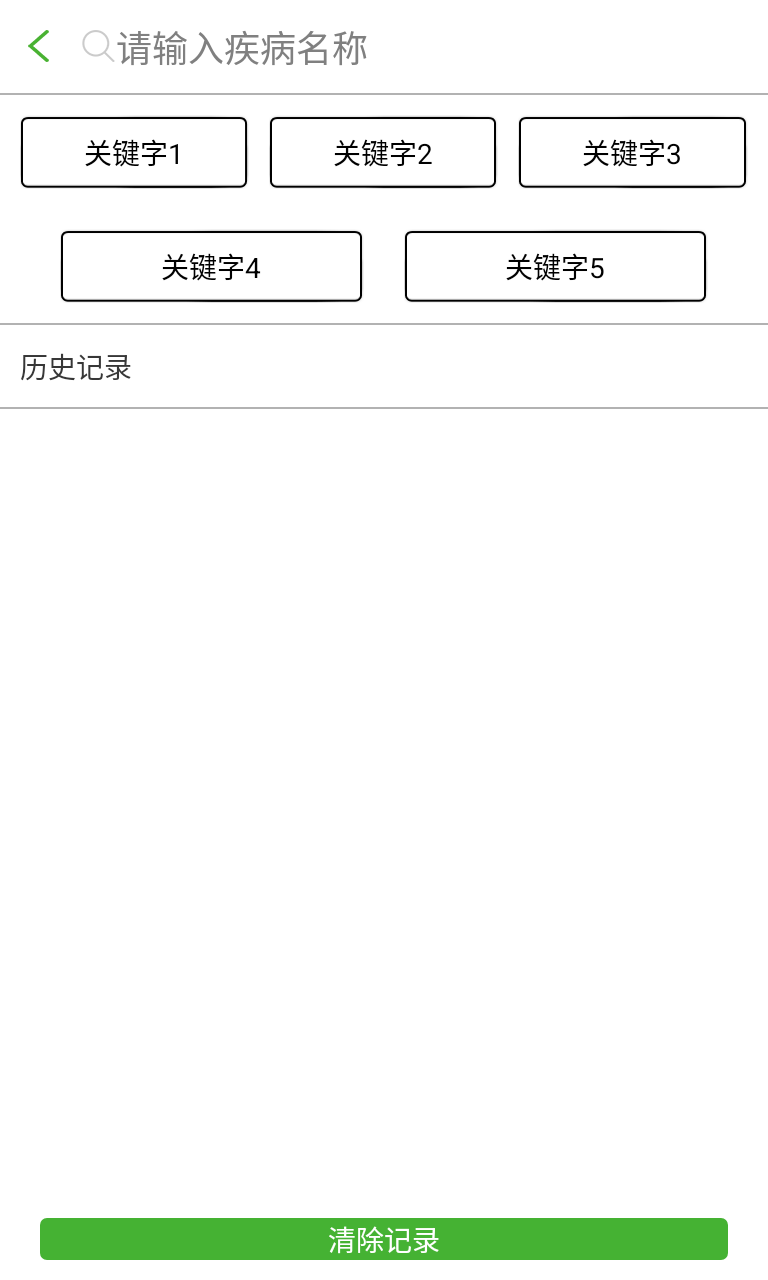
Repository: hjhlove110/XYApp
Layout: XYApp/res/layout/serache_view.xml
These files come from the project's save history. The layout is drawn as it stood at one moment and after the next save; the edit follows.
It is drawn on a 768 x 1280 px phone screen (xhdpi) without system bars, with theme Translucent; the app's code is not run. Lists and similar views that code fills are empty.

Above is the layout before, as saved 2015-09-23 06:01:10.

### XYApp/res/layout/serache_view.xml
<LinearLayout xmlns:android="http://schemas.android.com/apk/res/android"
    android:layout_width="fill_parent"
    android:layout_height="fill_parent"
    android:background="#ffffff"
    android:orientation="vertical" >

    <LinearLayout
        android:layout_width="match_parent"
        android:layout_height="wrap_content"
        android:layout_margin="10dp"
        android:gravity="left|center_vertical"
        android:orientation="horizontal" >

        <ImageButton
            android:id="@+id/btnBack"
            android:layout_width="wrap_content"
            android:layout_height="wrap_content"
            android:background="@drawable/btn_back_selector" />

        <EditText
            android:id="@+id/s_msg"
            android:layout_width="0dp"
            android:layout_height="wrap_content"
            android:layout_weight="1"
            android:background="#ffffff"
            android:drawableLeft="@drawable/serach1"
            android:gravity="center_vertical|left"
            android:hint="请输入疾病名称"
            android:paddingLeft="10dp"
            android:paddingRight="10dp"
            android:textColor="#49b233" />
    </LinearLayout>

    <View
        android:layout_width="match_parent"
        android:layout_height="1dp"
        android:background="#b2b2b2" />

    <LinearLayout
        android:layout_width="match_parent"
        android:layout_height="wrap_content"
        android:layout_margin="10dp"
        android:orientation="horizontal" >

        <Button
            android:id="@+id/btnMsg1"
            android:layout_width="0dp"
            android:layout_height="wrap_content"
            android:layout_weight="1"
            android:background="@drawable/edittext_back"
            android:paddingBottom="8dp"
            android:paddingTop="8dp"
            android:text="关键字1" />

        <Button
            android:id="@+id/btnMsg2"
            android:layout_width="0dp"
            android:layout_height="wrap_content"
            android:layout_marginLeft="10dp"
            android:layout_marginRight="10dp"
            android:layout_weight="1"
            android:background="@drawable/edittext_back"
            android:paddingBottom="8dp"
            android:paddingTop="8dp"
            android:text="关键字2" />

        <Button
            android:id="@+id/btnMsg3"
            android:layout_width="0dp"
            android:layout_height="wrap_content"
            android:layout_weight="1"
            android:background="@drawable/edittext_back"
            android:paddingBottom="8dp"
            android:paddingTop="8dp"
            android:text="关键字3" />
    </LinearLayout>

    <LinearLayout
        android:layout_width="match_parent"
        android:layout_height="wrap_content"
        android:layout_margin="10dp"
        android:orientation="horizontal" >

        <Button
            android:id="@+id/btnMsg4"
            android:layout_width="0dp"
            android:layout_height="wrap_content"
            android:layout_marginLeft="20dp"
            android:layout_weight="1"
            android:background="@drawable/edittext_back"
            android:paddingBottom="8dp"
            android:paddingTop="8dp"
            android:text="关键字4" />

        <Button
            android:id="@+id/btnMsg5"
            android:layout_width="0dp"
            android:layout_height="wrap_content"
            android:layout_marginLeft="20dp"
            android:layout_marginRight="20dp"
            android:layout_weight="1"
            android:background="@drawable/edittext_back"
            android:paddingBottom="8dp"
            android:paddingTop="8dp"
            android:text="关键字5" />
    </LinearLayout>

    <View
        android:layout_width="match_parent"
        android:layout_height="1dp"
        android:background="#b2b2b2" />

    <TextView
        android:layout_width="match_parent"
        android:layout_height="wrap_content"
        android:gravity="center_vertical"
        android:padding="10dp"
        android:text="历史记录"
        android:textColor="#373737" />

    <View
        android:layout_width="match_parent"
        android:layout_height="1dp"
        android:background="#b2b2b2" />

    <ListView
        android:id="@+id/listView"
        android:layout_width="match_parent"
        android:layout_height="wrap_content" >
    </ListView>

    <View
        android:layout_width="1dp"
        android:layout_height="0dp"
        android:layout_weight="1"
        android:visibility="invisible"
        android:background="#b2b2b2" />

    <Button
        android:id="@+id/btnClearn"
        android:layout_width="match_parent"
        android:layout_height="wrap_content"
        android:layout_marginLeft="20dp"
        android:layout_marginRight="20dp"
        android:layout_marginBottom="10dp"
        android:background="@drawable/btn_bg_shape"
        android:text="清除记录"
        android:textColor="#ffffff" />

</LinearLayout>

### XYApp/res/values/styles.xml
<resources>

    <!--
        Base application theme, dependent on API level. This theme is replaced
        by AppBaseTheme from res/values-vXX/styles.xml on newer devices.



    -->
    <style name="AppBaseTheme" parent="Theme.AppCompat.Light">
        <!--
            Theme customizations available in newer API levels can go in
            res/values-vXX/styles.xml, while customizations related to
            backward-compatibility can go here.



        -->
    </style>

    <!-- Application theme. -->
    <style name="AppTheme" parent="AppBaseTheme">

        <!-- All customizations that are NOT specific to a particular API-level can go here. -->
        <item name="android:windowNoTitle">true</item>
    </style>

    <style name="CheckBoxMain">
        <item name="android:button">@null</item>
        <item name="android:paddingTop">12dip</item>
        <item name="android:gravity">center</item>
        <item name="android:background">@drawable/bg_mune</item>
        <item name="android:textSize">14sp</item>
        <item name="android:textColor">#656565</item>
        <item name="android:layout_width">0dip</item>
        <item name="android:layout_height">wrap_content</item>
        <item name="android:layout_weight">1</item>
    </style>

    <style name="Translucent" parent="@android:style/Theme.Translucent">
        <item name="android:windowNoTitle">true</item>
        <item name="android:windowIsFloating">true</item>
        <item name="android:windowIsTranslucent">true</item>
        <item name="android:windowContentOverlay">@null</item>
        <item name="android:windowAnimationStyle">@android:style/Animation.Dialog</item>
        <item name="android:backgroundDimEnabled">true</item>
    </style>

</resources>

### XYApp/res/drawable/btn_back_selector.xml
<?xml version="1.0" encoding="UTF-8"?>
<selector xmlns:android="http://schemas.android.com/apk/res/android">

    <item android:drawable="@drawable/l_back_p" android:state_checked="true"/>
    <item android:drawable="@drawable/l_back_p" android:state_pressed="true"/>
    <item android:drawable="@drawable/l_back"/>

</selector>

### XYApp/res/drawable/btn_bg_shape.xml
<?xml version="1.0" encoding="utf-8"?>
<shape xmlns:android="http://schemas.android.com/apk/res/android"
    android:shape="rectangle" >

    <corners android:radius="3dp" />

    <solid android:color="#45b233" />

    <stroke
        android:width="1dp"
        android:color="#45b233" />

</shape>

After the next save:
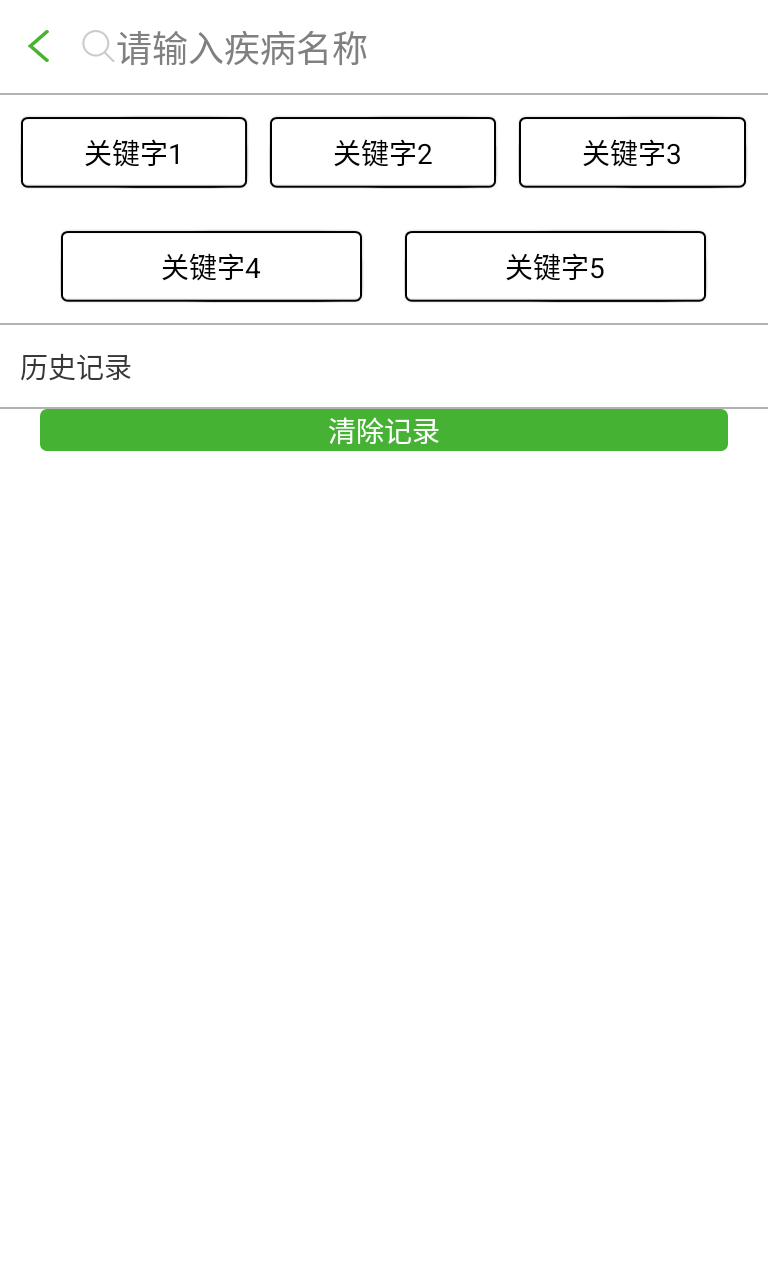
Saved 7 s later.
--- a/XYApp/res/layout/serache_view.xml
+++ b/XYApp/res/layout/serache_view.xml
@@ -129,12 +129,6 @@
         android:layout_height="wrap_content" >
     </ListView>
 
-    <View
-        android:layout_width="1dp"
-        android:layout_height="0dp"
-        android:layout_weight="1"
-        android:visibility="invisible"
-        android:background="#b2b2b2" />
 
     <Button
         android:id="@+id/btnClearn"
